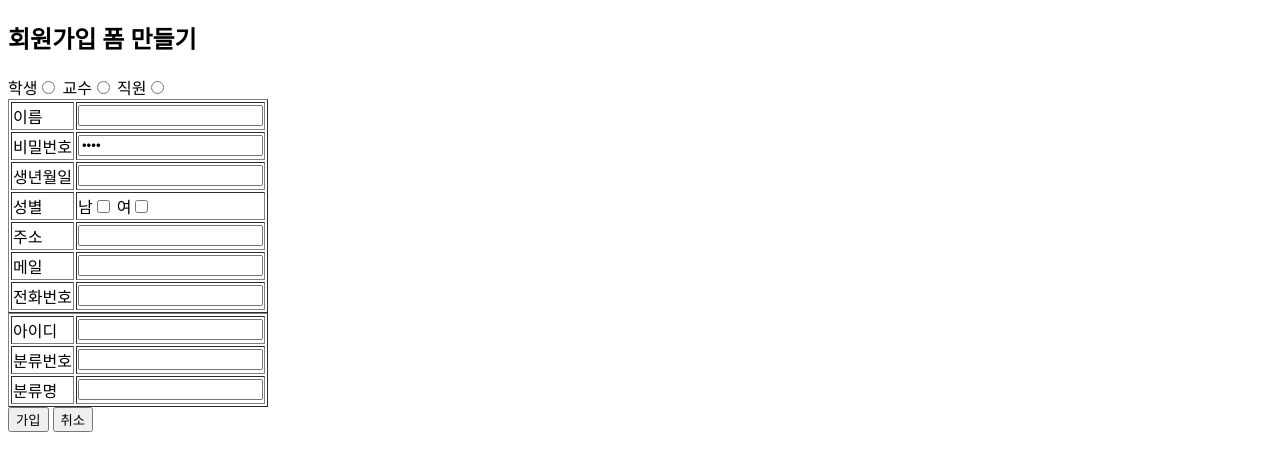
Repository: JavaJin96/kr.or.ddit.HighJava
Page: http://localhost/TeamProjectDCUM/work_psj/join/index.jsp
An editor plug-in stored every save of this project. The page is shown before and after the next save, followed by the edit.
The browser window is 1280 px wide. The pictures show the whole page.
The page is served by Tomcat 9. Other server files are loaded and not shown.

Above is the page before, as saved 2022-02-17 05:15:07.

### 3.Highjava/workspace/TeamProjectDCUM/WebContent/work_psj/join/index.jsp
<%@ page language="java" contentType="text/html; charset=UTF-8"
    pageEncoding="UTF-8"%>
<!DOCTYPE html>
<html>
<head>
<meta charset="UTF-8">
<title>Insert title here</title>
<script src="<%=request.getContextPath()%>/js/jquery-3.6.0.min.js"></script>
<script>
$(function(){
	//
	$("#cs").on("click", function(){
		$("#sortnum").val("1").attr("readonly", true);
		$("#sortnm").val("학생").attr("readonly", true);
		inputValue = "";
		inputValue += "<table border='1'>"
		inputValue += "<tr><td>입학일</td>"
		inputValue += "<td><input type='text' id='sd' name='sd'></td></tr>"
		inputValue += "<tr><td>졸업일</td>"
		inputValue += "<td><input type='text' id='ed' name='ed'></td></tr>"
		inputValue += "<tr><td>학과번호</td>"
		inputValue += "<td><input type='text' class='dn' name='dn' id='dn1'></td></tr>"
		inputValue += "</table>"

		$("#trd1").html(inputValue);
	})

	$("#cp").on("click", function(){
		$("#sortnum").val("2").attr("readonly", true);
		$("#sortnm").val("교수").attr("readonly", true);
		inputValue = "";
		inputValue += "<table border='1'>"
		inputValue += "<tr><td>연구실 방번호</td>"
		inputValue += "<td><input type='text' id='prn' name='prn'></td></tr>"
		inputValue += "<tr><td>연구실 전화번호</td>"
		inputValue += "<td><input type='text' id='prh' name='prh'></td></tr>"
		inputValue += "<tr><td>학과번호</td>"
		inputValue += "<td><input type='text' class='dn' name='dn' id='dn2'></td></tr>"
		inputValue += "</table>"

		$("#trd1").html(inputValue);
	})

	$("#cm").on("click", function(){
		$("#sortnum").val("3").attr("readonly", true);
		$("#sortnm").val("직원").attr("readonly", true);
		inputValue = "";
		inputValue += "<table border='1'>"
		inputValue += "<tr><td>내선 번호</td>"
		inputValue += "<td><input type='text' id='ehp' name='ehp'></td></tr>"
		inputValue += "</table>"

		$("#trd1").html(inputValue);
	})

	$("#trd1").on("blur", "#dn1", function(){
		num1 = $("#sd").val().substr(0,4);
		num2 = $(".dn").val();
		$.ajax({
			url : "<%=request.getContextPath()%>/joinSelectS.do",
			data : {
				"num1" : num1,
				"num2" : num2
			},
			method : "post",
			success : function(res){
				$("#id").val(res.res);
			},
			error : function(xhr){
				alert("상태 : " + xhr.status)
			},
			dataType : "json"
		})

/* 		num1 = $("#sd").val();
		num2 = $(".dn").val();
		num1 = num1.substr(0,4);
		resultNum = num1 + num2;
		$("#id").val(resultNum); */


	})

	$("#trd1").on("blur", "#dn2", function(){
		num1 = $("#dn2").val();
		console.log(num1);
		$.ajax({
			url : "<%=request.getContextPath()%>/joinSelectP.do",
			data : {"num1" : num1},
			method : "post",
			success : function(res){
				$("#id").val(res.res);
			},
			error : function(xhr){
				alert("상태 : " + xhr.status)
			},
			dataType : "json"
		})
	})


	$("#cm").on("click", function(){
		$.ajax({
			url : "<%=request.getContextPath()%>/joinSelectE.do",
			method : "post",
			success : function(res){
				$("#id").val(res.res);
			},
			error : function(xhr){
				alert("상태 : " + xhr.status)
			},
			dataType : "json"
		})
	})


})
</script>
</head>
<body>
	<h2> 회원가입 폼 만들기 </h2>

	<form action="<%=request.getContextPath()%>/join.do" method="post" id="join">
		학생<input type="radio" id="cs" name="cc">
		교수<input type="radio" id="cp" name="cc">
		직원<input type="radio" id="cm" name="cc">
		<table border='1' id="t1">

			<tr>
				<td>이름</td>
				<td>
					<input type="text" id="name" name="name">
				</td>
			</tr>

			<tr>
				<td>비밀번호</td>
				<td>
					<input type="password" id="password" name="password" value="1234">
				</td>
			</tr>
			<tr>
				<td>생년월일</td>
				<td>
					<input type="text" id="bir" name="bir">
				</td>
			</tr>
			<tr>
				<td>성별</td>
				<td>
					남<input type="checkbox" id="male" name="male">
					여<input type="checkbox" id="female" name="male">
				</td>
			</tr>
			<tr>
				<td>주소</td>
				<td>
					<input type="text" id="add" name="add">
				</td>
			</tr>
			<tr>
				<td>메일</td>
				<td>
					<input type="text" id="mail" name="mail">
				</td>
			</tr>
			<tr>
				<td>전화번호</td>
				<td>
					<input type="text" id="hp" name="hp">
				</td>
			</tr>





		</table>

		<div id="trd1">

		</div>

		<div id="trd2">
		<table border="1">
			<tr>
				<td>아이디</td>
				<td>
					<input type="text" id="id" name="id" readonly="readonly">
				</td>
			</tr>

			<tr>
				<td>분류번호</td>
				<td>
					<input type="text" id="sortnum" name="sortnum">
				</td>
			</tr>

			<tr>
				<td>분류명</td>
				<td>
					<input type="text" id="sortnm" name="sortnm">
				</td>
			</tr>

		</table>
		</div>

		<input type="submit" value="가입" >
		<input type="reset" value="취소">
	</form>






</body>
</html>

Loaded but not shown: 3.Highjava/workspace/TeamProjectDCUM/WebContent/js/jquery-3.6.0.min.js (library)

After the next save:
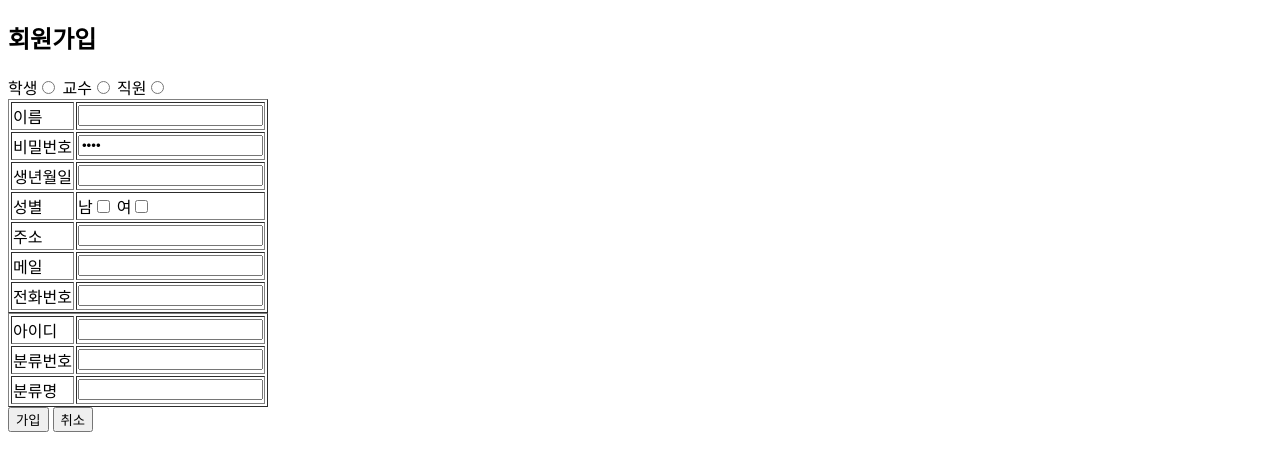
Saved 20 s later.
--- a/3.Highjava/workspace/TeamProjectDCUM/WebContent/work_psj/join/index.jsp
+++ b/3.Highjava/workspace/TeamProjectDCUM/WebContent/work_psj/join/index.jsp
@@ -8,7 +8,26 @@
 <script src="<%=request.getContextPath()%>/js/jquery-3.6.0.min.js"></script>
 <script>
 $(function(){
-	//
+	// 안쓰는파일*****************************************************************************************************************
+
+
+
+
+
+
+
+
+
+
+
+
+
+
+
+
+
+
+
 	$("#cs").on("click", function(){
 		$("#sortnum").val("1").attr("readonly", true);
 		$("#sortnm").val("학생").attr("readonly", true);
@@ -118,7 +137,7 @@ $(function(){
 </script>
 </head>
 <body>
-	<h2> 회원가입 폼 만들기 </h2>
+	<h2> 회원가입 </h2>
 
 	<form action="<%=request.getContextPath()%>/join.do" method="post" id="join">
 		학생<input type="radio" id="cs" name="cc">
